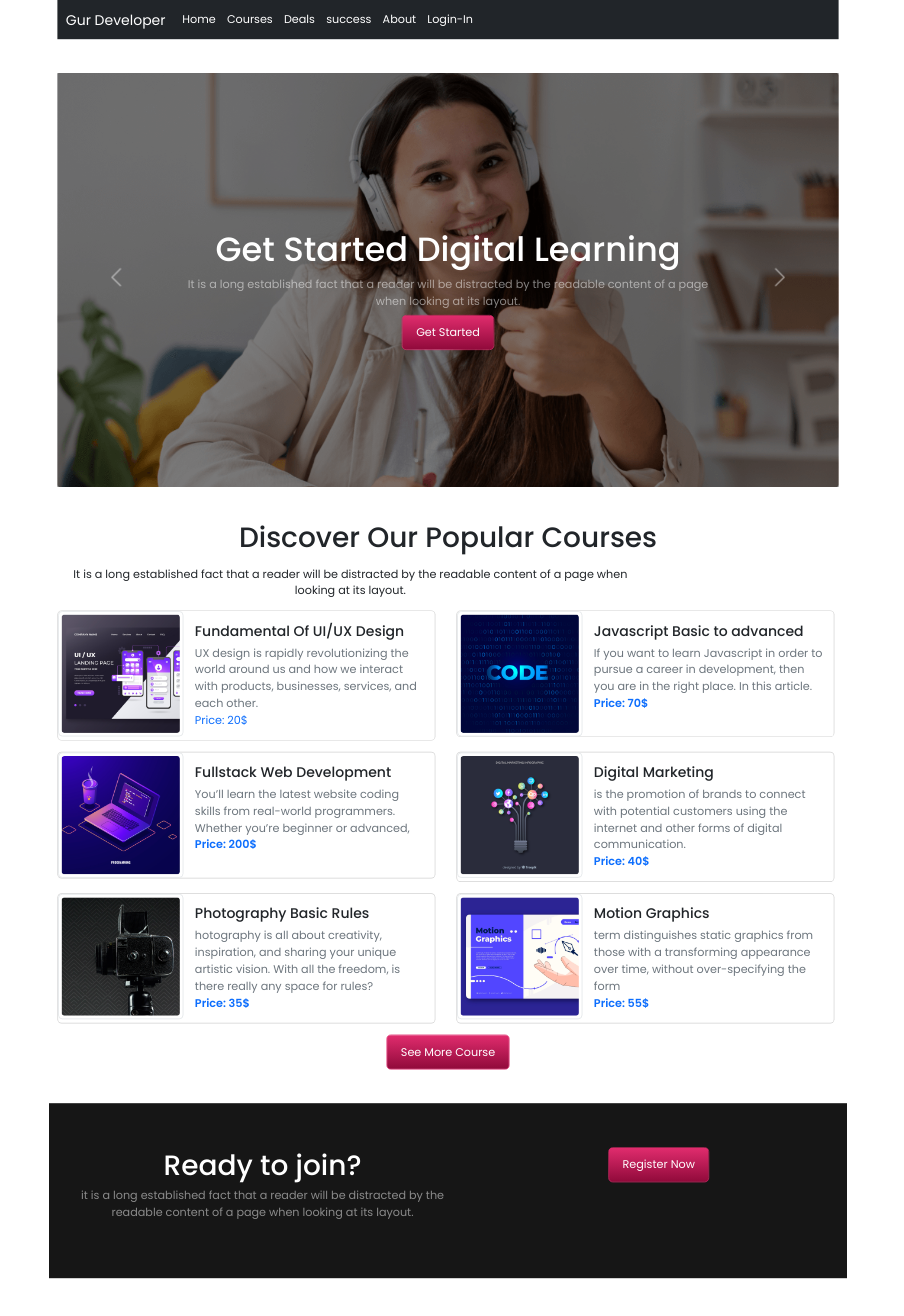
Repository: mdrubel02/Guru-Developer
Page: index.html
An editor plug-in stored every save of this project. The page is shown before and after the next save, followed by the edit.
The browser window is 1280 px wide. The page is 1292 px wide, so the pictures cover 1292 px, including what lies to the right of the window. The pictures show the part of the page from y = 0 to 1880 px (the page is 3448 px tall before and 3458 px after), at 70% of full size.
Some web libraries are served in a nearby version.

Above is the page before, as saved 2022-07-28 15:13:49.

After the next save:
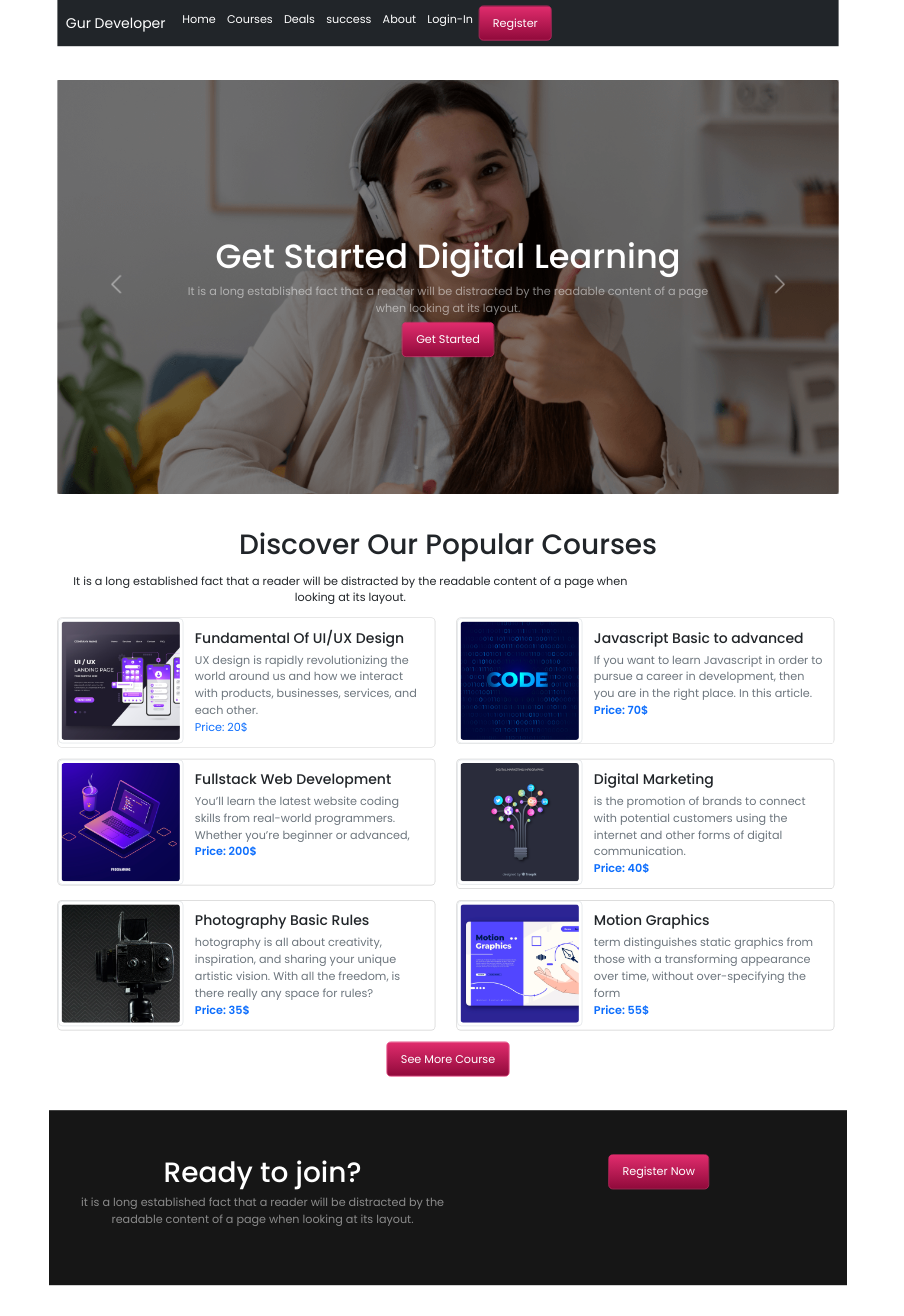
Saved 75 s later.
--- a/index.html
+++ b/index.html
@@ -48,13 +48,13 @@
                         <li class="nav-item">
                             <a class="nav-link text-white" href="#">Login-In</a>
                         </li>
-
-
-                </div>
-
-                    <!-- <li class="nav-item">
-                        <a class="button" href="#">Register</a>
-                    </li> -->
+                        <li class="nav-item">
+                            <a class="me-5 button" href="#">Register</a>
+                        </li>
+
+                </div>
+
+
 
             </div>
         </nav>
